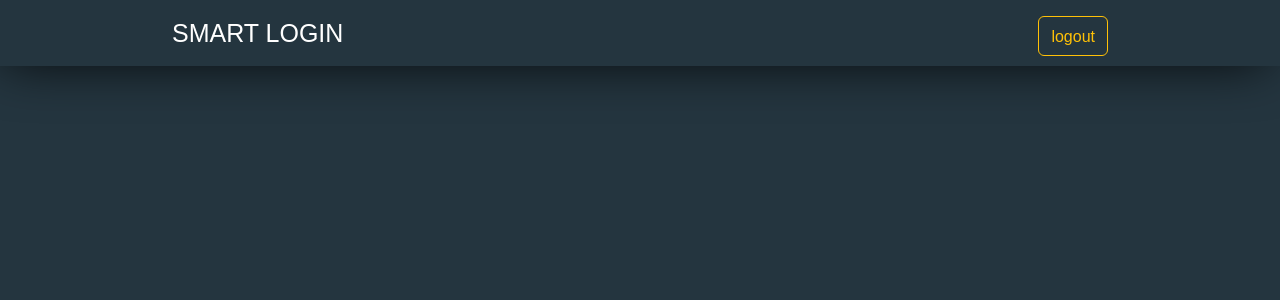
Repository: bodajava/TASK-4
Page: theerdIndex.html
An editor plug-in stored every save of this project. The page is shown before and after the next save, followed by the edit.
The browser window is 1280 px wide. The pictures show the whole page.

Above is the page before, as saved 2025-06-18 19:38:03.

After the next save:
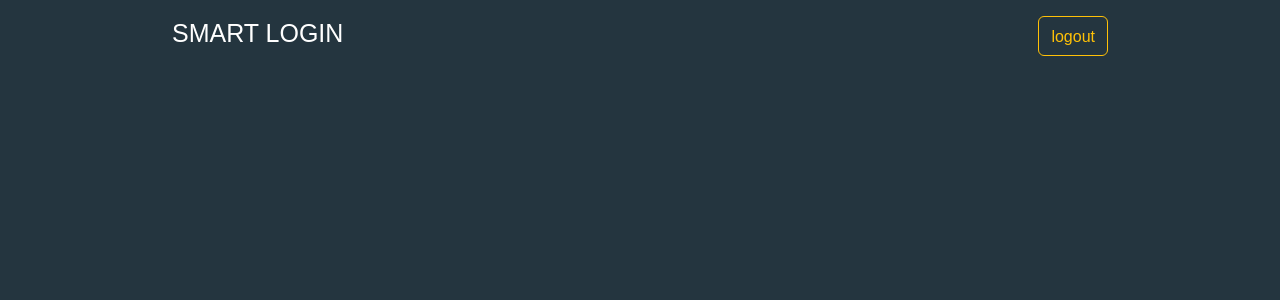
Saved 34 s later.
--- a/theerdIndex.html
+++ b/theerdIndex.html
@@ -9,7 +9,7 @@
     <title>Document</title>
   </head>
   <body>
-    <div id="container" class="container-fluid">
+
       <nav
         id="nav"
         class="container navbar navbar-expand-lg bg-body-tertiary pt-0 pb-0"

After the save that followed:
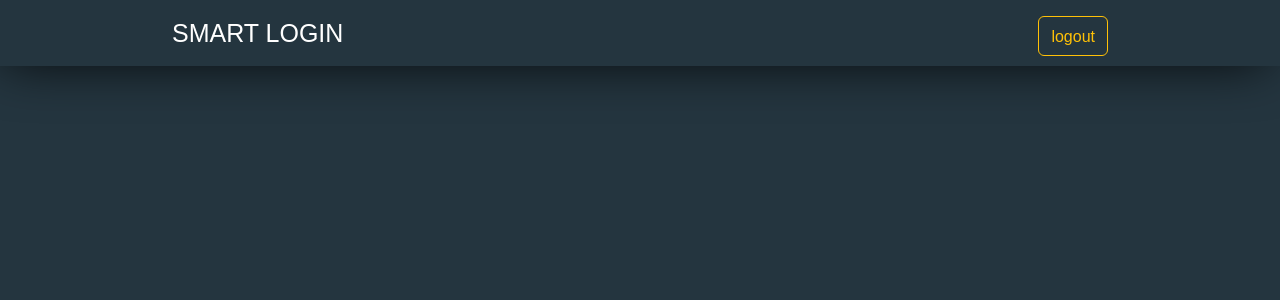
Saved 4 s later.
--- a/theerdIndex.html
+++ b/theerdIndex.html
@@ -9,7 +9,7 @@
     <title>Document</title>
   </head>
   <body>
-
+    <div id="container" class="container-fluid">
       <nav
         id="nav"
         class="container navbar navbar-expand-lg bg-body-tertiary pt-0 pb-0"
